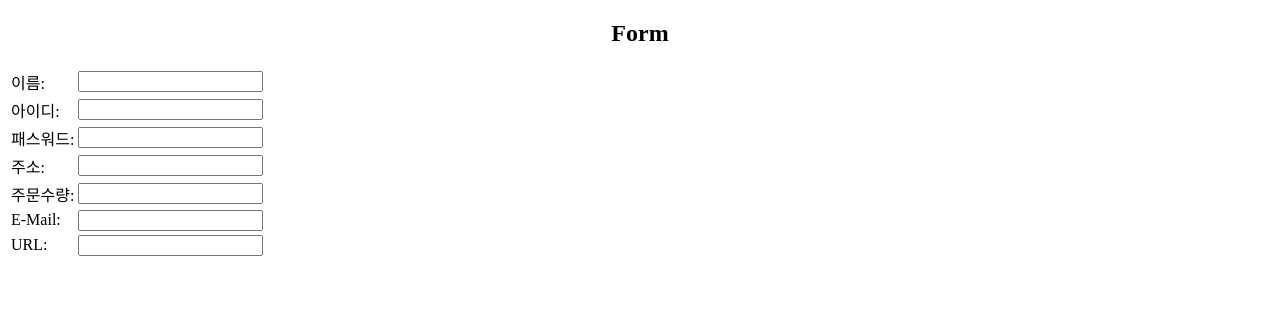
Repository: gyujin91/JSP
Page: web01/src/main/webapp/form.html
An editor plug-in stored every save of this project. The page is shown before and after the next save, followed by the edit.
The browser window is 1280 px wide. The pictures show the whole page.

Above is the page before, as saved 2022-04-22 05:12:47.

After the next save:
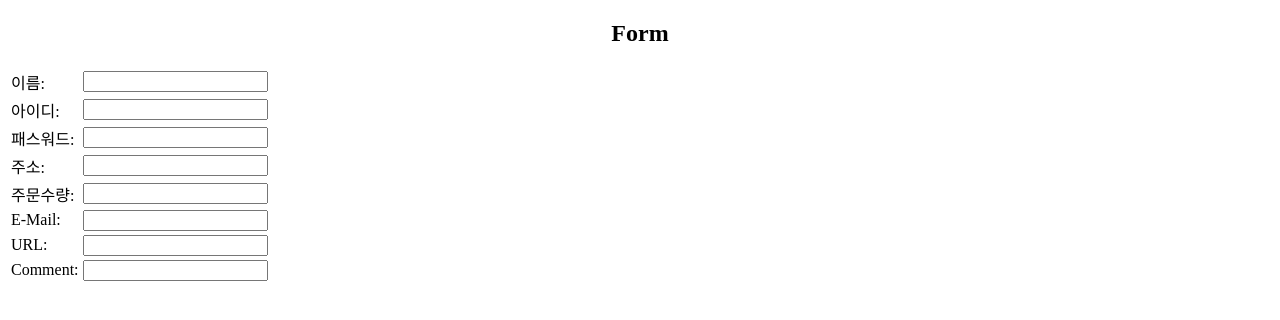
Saved 66 s later.
--- a/web01/src/main/webapp/form.html
+++ b/web01/src/main/webapp/form.html
@@ -24,19 +24,28 @@
             <tr>
             	<td>패스워드:
             	<td><input type="password" name="upw"></td>
-            </tr><tr>
+            </tr>
+            <tr>
             	<td>주소:
             	<td><input type="text" name="adrr"></td>
-            </tr><tr>
+            </tr>
+            <tr>
             	<td>주문수량:
             	<td><input type="text" name="ordercount"></td>
-            </tr><tr>
+            </tr>
+            <tr>
             	<td>E-Mail:
             	<td><input type="email" name="eamil"></td>
-            </tr><tr>
+            </tr>
+            <tr>
             	<td>URL:
             	<td><input type="url" name="url"></td>
             </tr>
+            <tr>
+            	<td>Comment:
+            	<td><input type="text" name="comment"></td>
+            </tr>
+
         </table>
 
 
